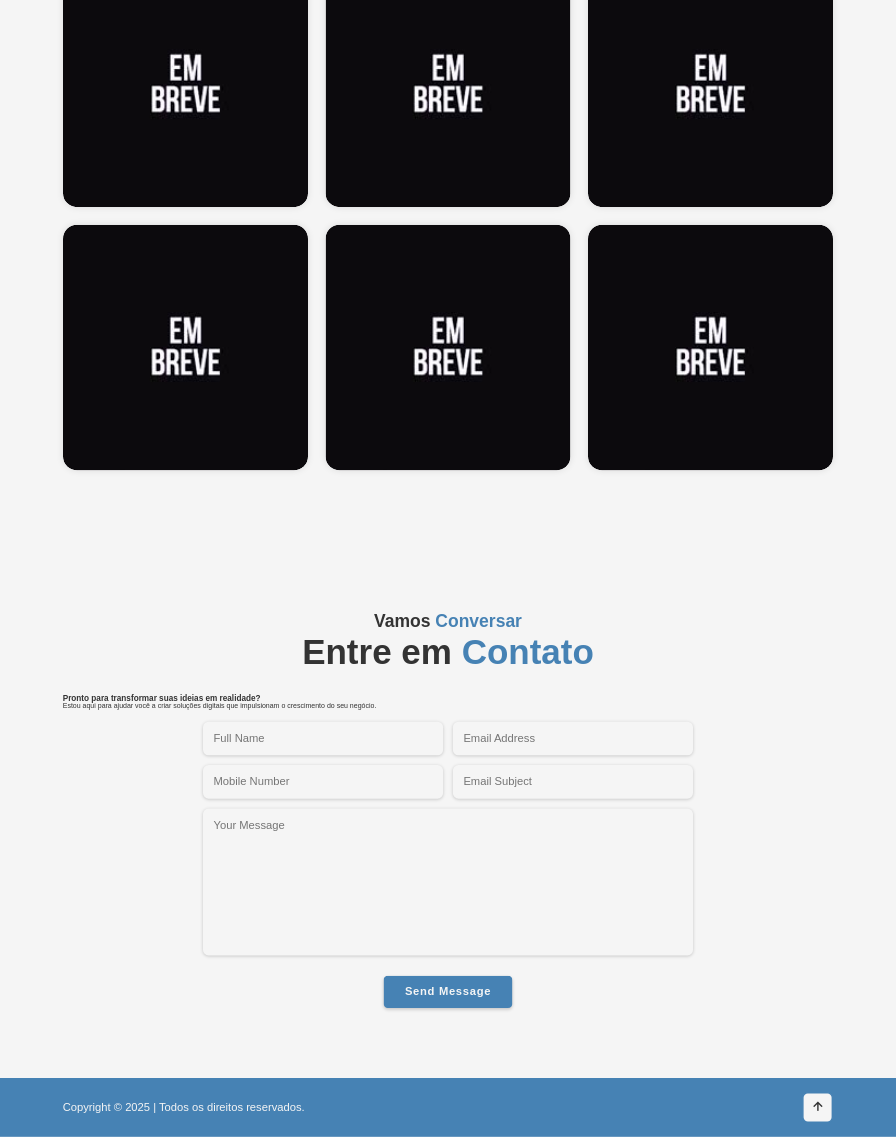
Repository: AliciaKathleen/portfolio-2025
Page: index.html
These files come from the project's save history. The page is drawn as it stood at one moment and after the next save; the edit follows.
The browser window is 1280 px wide. The pictures show the part of the page from y = 2640 to 4560 px (the page is 4264 px tall before and 4560 px after), at 70% of full size.

Above is the page before, as saved 2025-01-27 18:15:47.
Console error: TypeError: Cannot read properties of null (reading 'classList')

### index.html
<!DOCTYPE html>
<html lang="en">
<head>
    <meta charset="UTF-8">
    <meta http-equiv="X-UA-Compatible" content="IE=edge">
    <meta name="viewport" content="width=device-width, initial-scale=1.0">
    <link rel="stylesheet" href="https://cdn.jsdelivr.net/npm/swiper@9/swiper-bundle.min.css" />
    <link href='https://unpkg.com/boxicons@2.1.4/css/boxicons.min.css' rel='stylesheet'>
    <link rel="stylesheet" href="style.css">
    <title>Alícia Kathleen</title>
</head>
<body>
    <header class="header">
        <a href="#" class="logo">Alícia Kathleen</a>

        <nav class="navbar">
            <a href="#home" class="active">Home</a>
            <a href="#about">Sobre</a>
            <a href="#services">Serviços</a>
            <a href="#portfolio">Projetos</a>
            <a href="#contact">Contato</a>
        </nav>

        <div class="bx bx-moon" id="darkMode-icon"></div>
        <div class="bx bx-menu" id="menu-icon"></div>
    </header>

    <section class="home" id="home">
        <div class="home-content">
            <h3>Olá, eu sou</h3>
            <h1>Alícia Kathleen</h1>
            <p>
                Sou uma desenvolvedora Front-End apaixonada por criar interfaces modernas e funcionais, unindo criatividade e tecnologia para proporcionar experiências digitais únicas. Com uma trajetória inicial no design gráfico, utilizo meu olhar apurado para detalhes e usabilidade para transformar ideias em projetos visuais impactantes. Estou sempre buscando aprender e crescer com novos desafios.
            </p>
            <div class="social-media">
                <a href="#"><i class='bx bxl-linkedin'></i></a>
                <a href="#"><i class='bx bxl-github'></i></a>
            </div>

            <a href="#" class="btn">CURRÍCULO</a>
        </div>

        <div class="profession-container">
            <div class="profession-box">
            </div>
            <div class="overlay"></div>
        </div>

        <div class="home-img">
            <img src="" alt="">
        </div>
    </section>

    <section class="about" id="about">
        <div class="about-img">
            <img src="images/portfolio.jpg" alt="">
        </div>

        <div class="about-content">
            <h2 class="heading">Sobre <span>Mim</span></h2>
            <h3>
                Olá! Seja bem-vindo(a) ao meu portfólio! Sou uma desenvolvedora Front-End apaixonada por criar soluções digitais modernas e funcionais. Amo aprender novas tecnologias, resolver problemas com código e transformar ideias em projetos reais.
            </h3>
            <p>
                Aqui você vai encontrar alguns dos meus trabalhos, além de conhecer um pouco mais sobre minha trajetória no desenvolvimento web. Estou sempre em busca de novos desafios e oportunidades para crescer e evoluir como profissional.
            </p>
            <p>
                Sinta-se à vontade para explorar meu portfólio!
            </p>
        </div>
    </section>

    <section class="services" id="services">
        <h2 class="heading">Explore Meus <span>Trabalhos</span></h2>
        <div class="services-container">
            <div class="services-box">
                <i class='bx bx-code-alt'></i>
                <h3>Soluções Web Modernas</h3>
                <p>Criação de sites únicos e otimizados, que unem design moderno e funcionalidade para atender às suas necessidades e destacar sua marca na web.</p>
            </div>
            <div class="services-box">
                <i class='bx bxs-paint'></i>
                <h3>Design Responsivo</h3>
                <p>Desenvolvo sites que se adaptam perfeitamente a qualquer dispositivo, garantindo acessibilidade e uma navegação fluida para todos os usuários.</p>
            </div>
            <div class="services-box">
                <i class='bx bx-brain'></i>
                <h3>Integração de Apis</h3>
                <p>Integração de APIs para adicionar funcionalidades avançadas ao seu site ou aplicativo, conectando-o a serviços externos de maneira eficiente e sem fricções.</p>
            </div>
            <div class="services-box">
                <i class='bx bx-support'></i>
                <h3>Suporte</h3>
                <p>Ofereço suporte técnico para garantir que seu site esteja sempre atualizado, funcionando perfeitamente e alinhado às suas necessidades.</p>
            </div>
            <div class="services-box">
                <i class='bx bx-objects-vertical-bottom'></i>
                <h3>Estratégias de SEO</h3>
                <p>Técnicas de SEO personalizadas para aumentar a visibilidade do site e atrair mais tráfego qualificado.</p>
            </div>
            <div class="services-box">
                <i class='bx bx-bar-chart-alt'></i>
                <h3>Projetos Escaláveis</h3>
                <p>Desenvolvo soluções web com foco na escalabilidade, garantindo que seu site cresça de acordo com a evolução do seu negócio.

                </p>
            </div>
        </div>
    </section>

    <section class="resume-detail skills" id="skills">
        <h2 class="heading"><span>Skills</span></h2>
        <div class="resume-list">
            <div class="skills-container">
                <p>
                    Com sólidos conhecimentos em HTML, CSS e JavaScript, estou sempre em busca de tecnologias avançadas e boas práticas para oferecer experiências de usuário únicas e funcionais. Tenho experiência com frameworks modernos como React, além de trabalhar com integração de APIs e otimização de desempenho. Sempre em constante evolução, estou sempre aprendendo novas ferramentas e técnicas para melhorar meus projetos e entregar soluções inovadoras.
                </p>
                <div class="resume-items">
                    <div class="resume-item">
                        <i class='bx bxl-html5'></i>
                        <span>HTML</span>
                    </div>
                    <div class="resume-item">
                        <i class='bx bxl-css3'></i>
                        <span>CSS3</span>
                    </div>
                    <div class="resume-item">
                        <i class='bx bxl-javascript'></i>
                        <span>JavaScript</span>
                    </div>
                    <div class="resume-item">
                        <i class='bx bxl-python'></i>
                        <span>Python</span>
                    </div>
                    <div class="resume-item">
                        <i class='bx bxl-react'></i>
                        <span>ReactJS</span>
                    </div>
                    <div class="resume-item">
                        <i class='bx bxl-figma'></i>
                        <span>Figma</span>
                    </div>
                </div>
            </div>
        </div>
    </section>

    <section class="portfolio" id="portfolio">
        <h2 class="heading">Veja soluções reais <br> <span>Projetos</span></h2>

        <div class="portfolio-container">
            <div class="portfolio-box">
                <img src="images/portfolio.jpg" alt="">

                <div class="portfolio-layer">
                    <h4>Web Design</h4>
                    <p>Lorem ipsum dolor sit amet consectetur adipisicing elit. Similique, ipsam est.</p>
                    <a href="#"><i class='bx bx-link-external'></i></a>
                </div>
            </div>
            <div class="portfolio-box">
                <img src="images/portfolio.jpg" alt="">

                <div class="portfolio-layer">
                    <h4>Projeto em construção</h4>
                    <p>Em breve...</p>
                    <a href="#"><i class='bx bx-link-external'></i></a>
                </div>
            </div>
            <div class="portfolio-box">
                <img src="images/portfolio.jpg" alt="">

                <div class="portfolio-layer">
                    <h4>Projeto em construção</h4>
                    <p>Em breve...</p>
                    <a href="#"><i class='bx bx-link-external'></i></a>
                </div>
            </div>
            <div class="portfolio-box">
                <img src="images/portfolio.jpg" alt="">

                <div class="portfolio-layer">
                    <h4>Projeto em construção</h4>
                    <p>Em breve...</p>
                    <a href="#"><i class='bx bx-link-external'></i></a>
                </div>
            </div>
            <div class="portfolio-box">
                <img src="images/portfolio.jpg" alt="">

                <div class="portfolio-layer">
                    <h4>Projeto em construção</h4>
                    <p>Em breve...</p>
                    <a href="#"><i class='bx bx-link-external'></i></a>
                </div>
            </div>
            <div class="portfolio-box">
                <img src="images/portfolio.jpg" alt="">

                <div class="portfolio-layer">
                    <h4>Projeto em construção</h4>
                    <p>Em breve...</p>
                    <a href="#"><i class='bx bx-link-external'></i></a>
                </div>
            </div>
        </div>
    </section>

    <section class="contact" id="contact">
        <h1 class="heading">Vamos <span>Conversar</span></h1>
        <h2 class="heading">Entre em <span>Contato</span></h2>


        <h3>Pronto para transformar suas ideias em realidade?</h3>
        <p>Estou aqui para ajudar você a criar soluções digitais que impulsionam o crescimento do seu negócio.</p>
        <form action="#">
            <div class="input-box">
                <input type="text" placeholder="Full Name">
                <input type="email" placeholder="Email Address">
            </div>
            <div class="input-box">
                <input type="number" placeholder="Mobile Number">
                <input type="text" placeholder="Email Subject">
            </div>
            <textarea name="" id="" cols="30" rows="10" placeholder="Your Message"></textarea>
            <input type="submit" value="Send Message" class="btn">
        </form>
    </section>

    <footer class="footer">
        <div class="footer-text">
            <p>Copyright &copy; 2025 | Todos os direitos reservados.</p>
        </div>

        <div class="footer-iconTop">
            <a href="#home"><i class='bx bx-up-arrow-alt'></i></a>
        </div>
    </footer>

    <script src="https://unpkg.com/scrollreveal"></script>
    <script src="https://cdn.jsdelivr.net/npm/swiper@9/swiper-bundle.min.js"></script>
    <script src="script.js"></script>
</body>
</html>

Loaded but not shown: script.js (67 lines, source omitted); style.css (905 lines, source omitted)

After the next save:
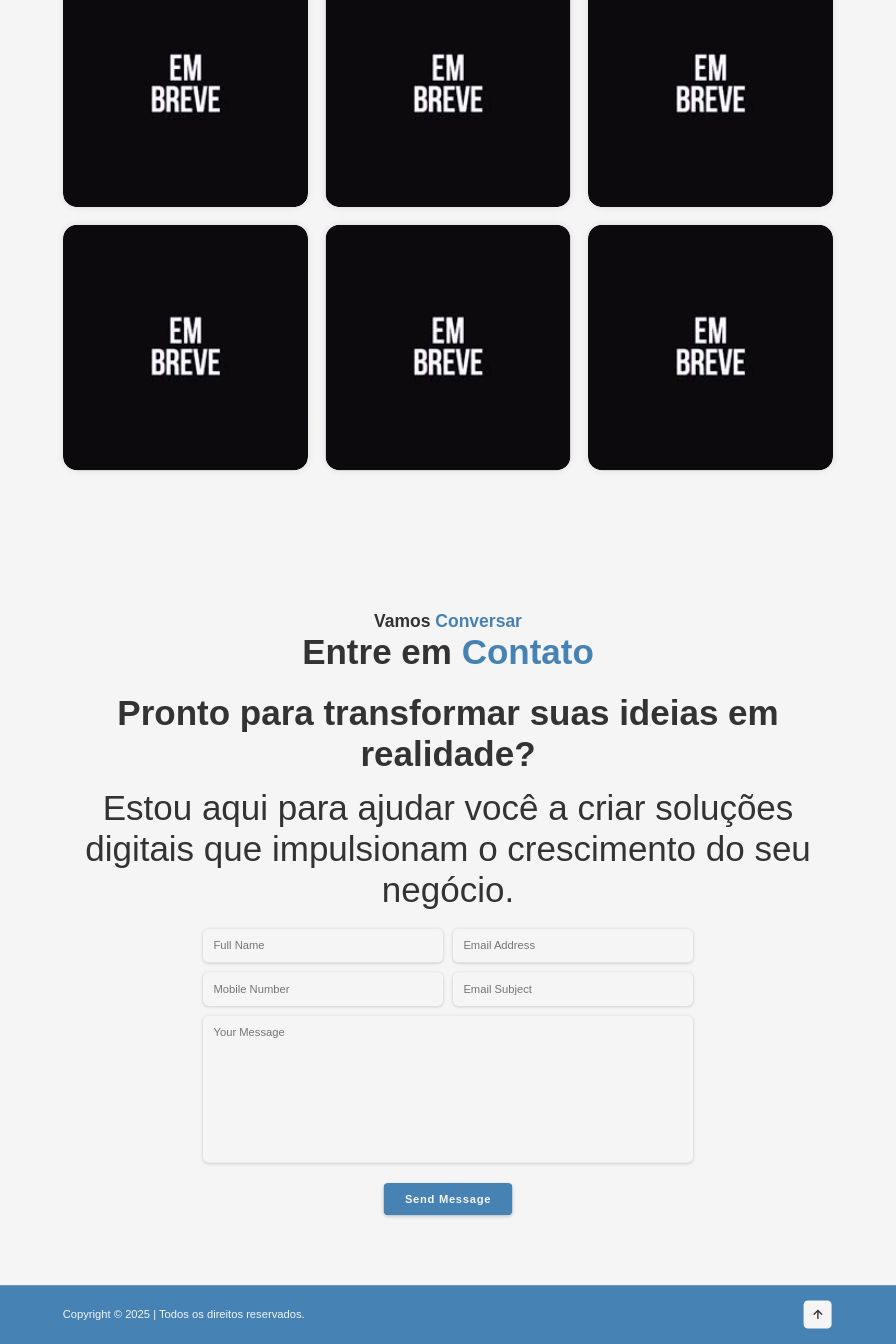
Saved 13 s later.
--- a/index.html
+++ b/index.html
@@ -211,8 +211,8 @@
         <h2 class="heading">Entre em <span>Contato</span></h2>
 
 
-        <h3>Pronto para transformar suas ideias em realidade?</h3>
-        <p>Estou aqui para ajudar você a criar soluções digitais que impulsionam o crescimento do seu negócio.</p>
+        <h3 class="heading">Pronto para transformar suas ideias em realidade?</h3>
+        <p class="heading">Estou aqui para ajudar você a criar soluções digitais que impulsionam o crescimento do seu negócio.</p>
         <form action="#">
             <div class="input-box">
                 <input type="text" placeholder="Full Name">
